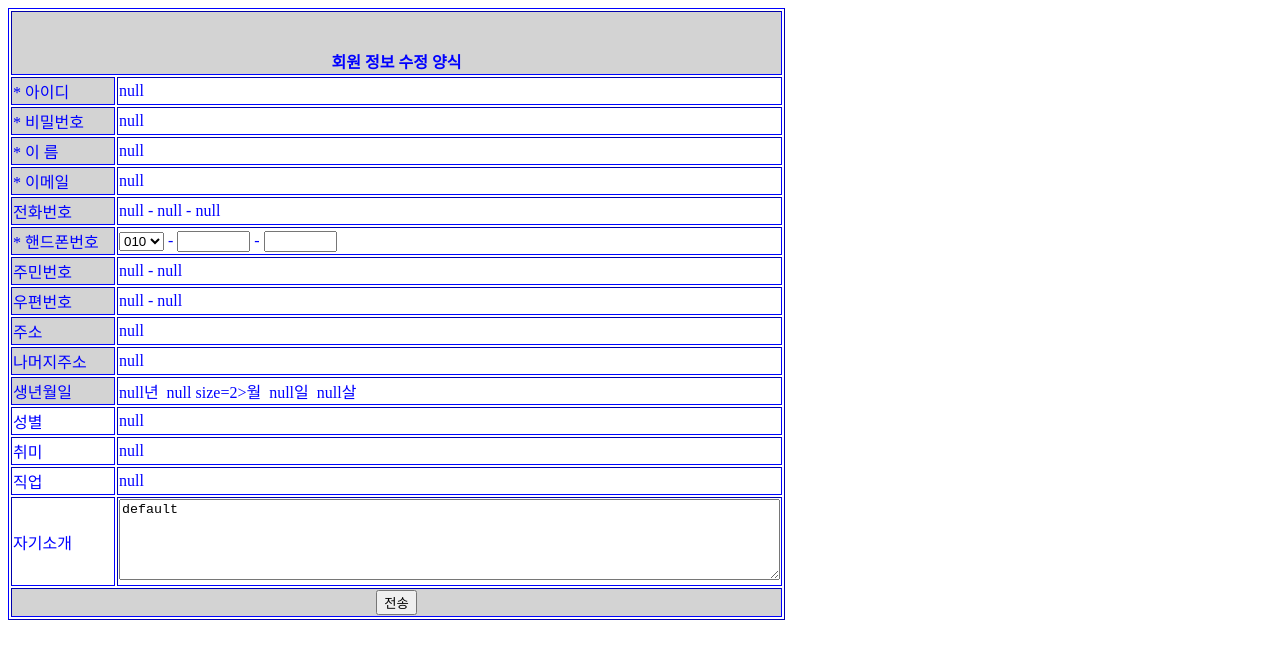
Repository: vkfkstptkd1/WebProgramming
Page: http://localhost/ch3_FormTag/In_Form_ok.jsp
An editor plug-in stored every save of this project. The page is shown before and after the next save, followed by the edit.
The browser window is 1280 px wide. The pictures show the whole page.
The page is served by Tomcat 9.

Above is the page before, as saved 2021-03-20 10:05:51.

After the next save:
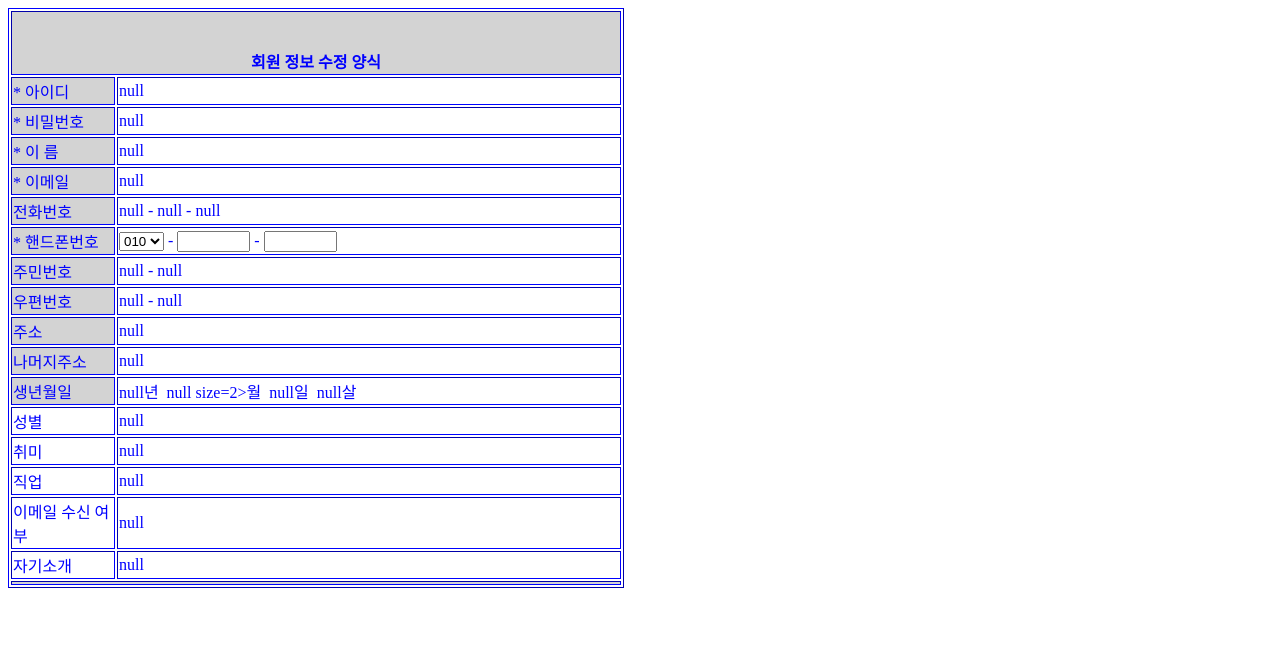
Saved 95 s later.
--- a/ch3_FormTag/WebContent/In_Form_ok.jsp
+++ b/ch3_FormTag/WebContent/In_Form_ok.jsp
@@ -93,13 +93,16 @@
 		<%=request.getParameter("job") %>
 	    </td>
 	</tr>
+	<tr><td class="style1"> 이메일 수신 여부</td>
+		<td class="style1"><%=request.getParameter("emailcheck") %></td>
+	</tr>
 	<tr><td class="style1"> 자기소개</td>
 		<td class="style1">
-		<textarea name="intro" rows=5 cols=80 >default</textarea>
+		<%=request.getParameter("intro") %>
 		</td>
 	</tr>
 	<tr>
-		<td class="style0" colspan="2"><center><input type="submit" value="전송" ></center></td>
+		<td class="style0" colspan="2"></td>
 	</tr>
 	</table>
 
